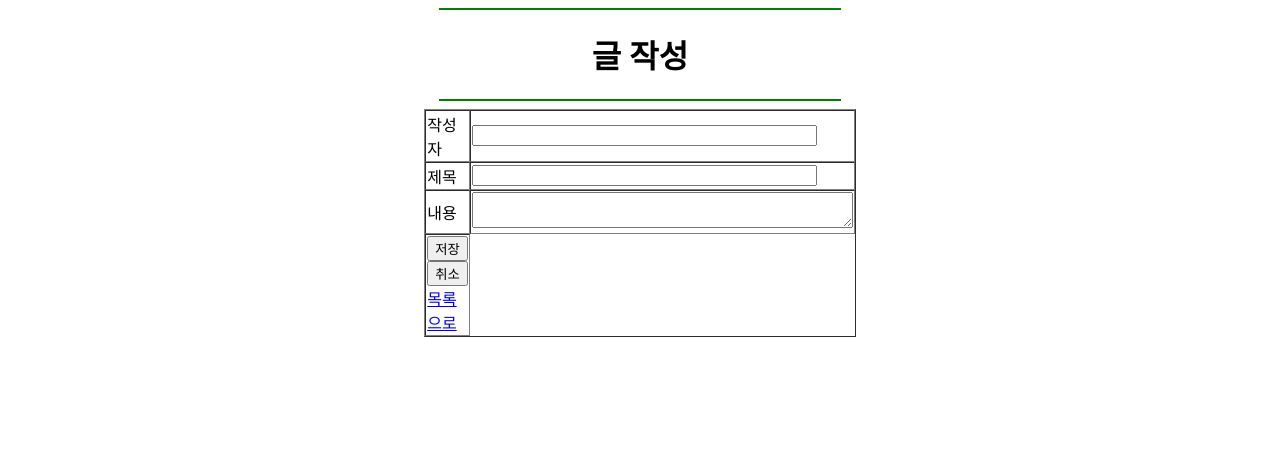
Repository: pypygeek/java_playground
Page: http://localhost/bb/wirte_form.jsp
The author's editor kept a copy of each file at every save. The page is drawn from the files as they stood at one save, then again after the next save.
The browser window is 1280 px wide. The pictures show the whole page.
The page is served by Tomcat 9.

Above is the page before, as saved 2022-01-26 02:06:19.

After the next save:
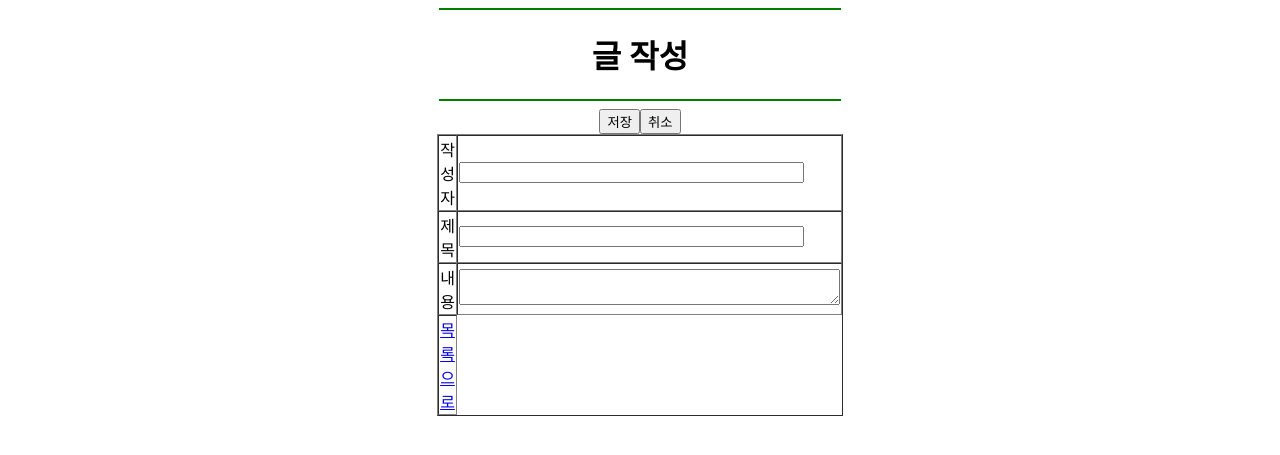
Saved 47 s later.
--- a/jsp-playground/bitbit/bb/src/main/webapp/wirte_form.jsp
+++ b/jsp-playground/bitbit/bb/src/main/webapp/wirte_form.jsp
@@ -16,7 +16,7 @@
                 <tr><td>작성자</td><td><input type="text" name="bName" size="40"></td></tr>
                 <tr><td>제목</td><td><input type="text" name="bTitle" size="40"></td></tr>
                 <tr><td>내용</td><td><TextArea type="text" name="bContent" row="5" cols="45"></TextArea></td></tr>
-                <tr><td><input type="submit" value="저장" name="전송"><input type="reset" value="취소" name="취소"><a href="list.do">목록으로</a></td></tr>
+                <tr><input type="submit" value="저장" name="전송"><input type="reset" value="취소" name="취소"><td><a href="list.do">목록으로</a></td></tr>
             </form>
         </table>
         </center>
